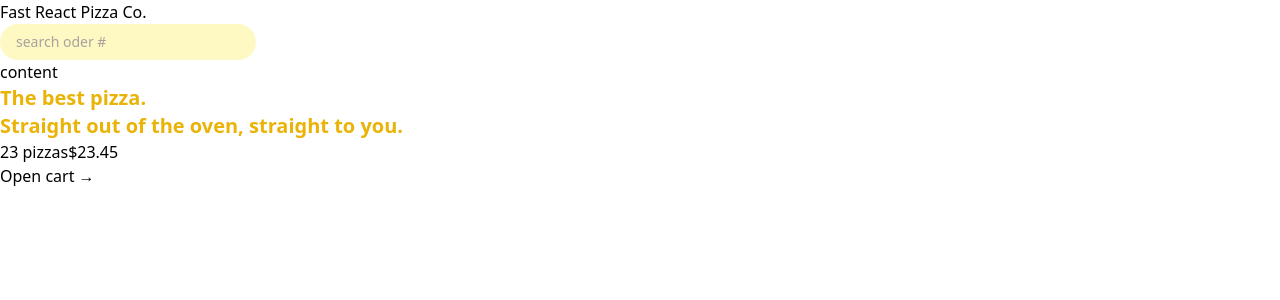
Repository: ayakhaled0001/pizza-delivery
Page: /
An editor plug-in stored every save of this project. The page is shown before and after the next save, followed by the edit.
The browser window is 1280 px wide. The pictures show the whole page.
The project was rebuilt for these pictures with package versions that can differ from the ones it lists, and the page was loaded fresh each time. Also part of the build but not shown: vite.config.js, src/services/apiRestaurant.jsx, src/utilities/helpers.jsx, src/features/menu/MenuItem.jsx, src/features/menu/Menu.jsx, src/features/cart/Cart.jsx, src/features/order/Order.jsx, src/ui/Loader.jsx and 1 more. Imported but missing from the stored project, and not drawn on this page: src/features/order/CreateOrder.

Above is the page before, as saved 2025-05-01 02:03:14.

### src/App.jsx
import { createBrowserRouter, RouterProvider } from "react-router-dom";
import Home from "./ui/Home";
import Menu, { loader as menuLoader } from "./features/menu/Menu";
import Cart from "./features/cart/Cart";
import CreateOrder, {
  action as CreateOrderAction,
} from "./features/order/CreateOrder";
import Order, { loader as orderLoader } from "./features/order/Order";
import AppLayout from "./ui/AppLayout";
import Error from "./ui/Error";
const router = createBrowserRouter([
  {
    element: <AppLayout />,
    children: [
      { path: "/", element: <Home /> },
      {
        path: "/menu",
        element: <Menu />,
        loader: menuLoader,
        errorElement: <Error />,
      },
      { path: "/cart", element: <Cart /> },
      {
        path: "/order/new",
        element: <CreateOrder />,
        action: CreateOrderAction,
      },
      {
        path: "/order/:orderId",
        element: <Order />,
        loader: orderLoader,
        errorElement: <Error />,
      },
    ],
  },
]);
function App() {
  return <RouterProvider router={router} />;
}

export default App;

### src/ui/Home.jsx
function Home() {
  return (
    <div>
      <h1 className="text-xl text-yellow-500 font-semibold">
        The best pizza.
        <br />
        Straight out of the oven, straight to you.
      </h1>
    </div>
  );
}

export default Home;

### src/ui/AppLayout.jsx
import Header from "./Header";
import CartOverview from "../features/cart/CartOverview";
import { Outlet, useNavigation } from "react-router-dom";
import Loader from "./Loader";

function AppLayout() {
  const navigation = useNavigation();
  const isLoading = navigation.state === "loading";
  console.log(navigation.state);
  return (
    <div className="layout">
      {isLoading && <Loader />}
      <Header />
      <main>
        <p>content</p>
        <Outlet />
      </main>
      <CartOverview />
    </div>
  );
}

export default AppLayout;

### src/ui/Header.jsx
import { Link } from "react-router-dom";
import SearchOrder from "../features/order/SearchOrder.jsx";

function Header() {
  return (
    <header>
      <Link to="/">Fast React Pizza Co.</Link>
      <SearchOrder />
    </header>
  );
}

export default Header;

### src/features/order/SearchOrder.jsx
import { useState } from "react";
import { useNavigate } from "react-router-dom";

function SearchOrder() {
  const [query, setQuery] = useState("");
  const navigate = useNavigate();
  function handleSubmit(e) {
    e.preventDefault();
    if (!query) return;
    navigate(`/order/${query}`);
    setQuery("");
  }
  return (
    <form onSubmit={handleSubmit}>
      <input
        placeholder="search oder #"
        value={query}
        onChange={(e) => setQuery(e.target.value)}
        className="duration-300 sm:w-64 focus:outline-none focus:ring
         focus:ring-yellow-500 focus:ring-opacity-50  sm:focus:w-72 transition-all w-28
         bg-yellow-100 rounded-full px-4 py-2 text-sm placeholder:text-stone-400"
      />
    </form>
  );
}

export default SearchOrder;

Loaded but not shown: index.html (common file); src/main.jsx (common file); src/index.css (common file); src/features/cart/CartOverview.jsx (common file); tailwind.config.js (common file)

After the next save:
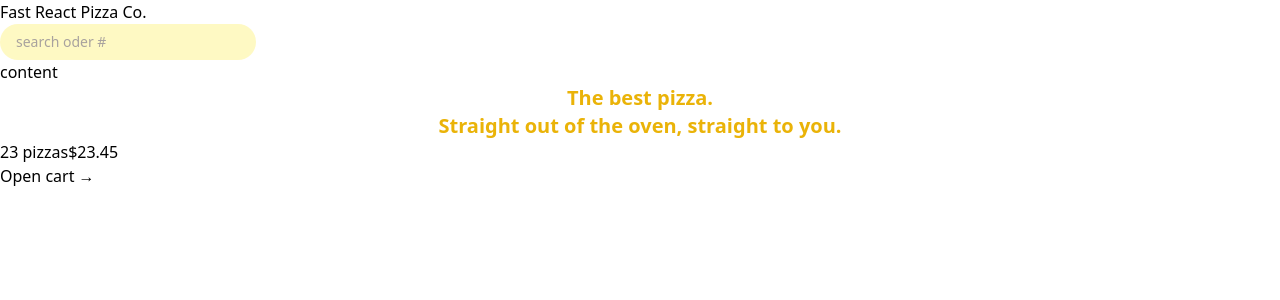
Saved 39 s later.
--- a/src/ui/Home.jsx
+++ b/src/ui/Home.jsx
@@ -1,7 +1,7 @@
 function Home() {
   return (
     <div>
-      <h1 className="text-xl text-yellow-500 font-semibold">
+      <h1 className="text-xl text-yellow-500 font-semibold text-center">
         The best pizza.
         <br />
         Straight out of the oven, straight to you.
